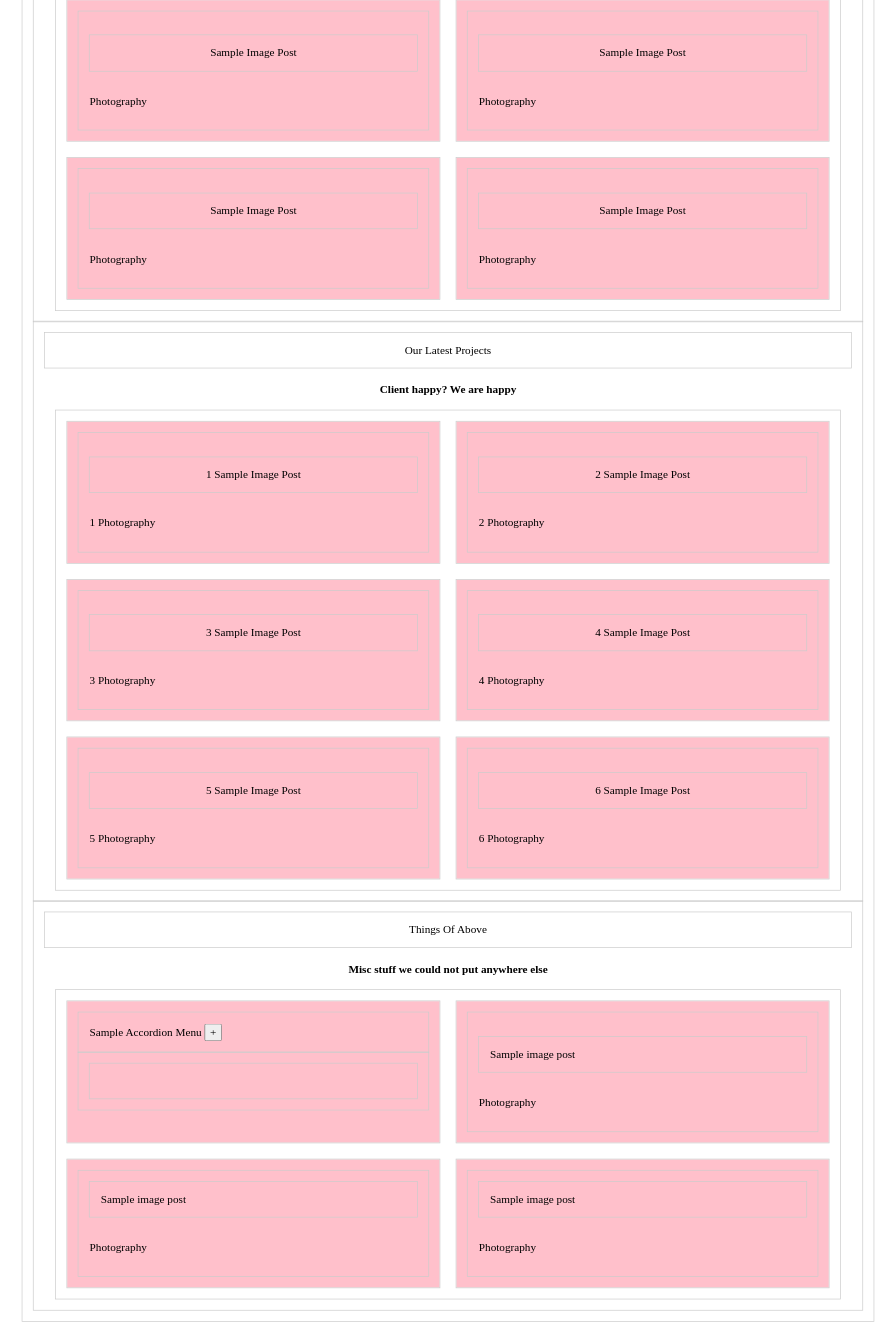
Repository: kionale/Project1_Lab3_ResponsiveLayout
Page: index.html
These files come from the project's save history. The page is drawn as it stood at one moment and after the next save; the edit follows.
The browser window is 1280 px wide. The pictures show the part of the page from y = 1195 to 3115 px (the page is 3115 px tall), at 70% of full size.

Above is the page before, as saved 2023-01-25 23:31:13.

### index.html
<!doctype html>
<html class="no-js" lang="">

<head>
  <meta charset="utf-8">
  <title></title>
  <meta name="description" content="">
  <meta name="viewport" content="width=device-width, initial-scale=1">

  <meta property="og:title" content="">
  <meta property="og:type" content="">
  <meta property="og:url" content="">
  <meta property="og:image" content="">

  <link rel="manifest" href="site.webmanifest">
  <link rel="apple-touch-icon" href="icon.png">
  <!-- Place favicon.ico in the root directory -->

  <link rel="stylesheet" href="css/normalize.css">
  <link rel="stylesheet" href="css/main.css">

  <meta name="theme-color" content="#fafafa">
</head>


<body class="page page-home">
  <header class="header page__header">
    <div class="row">
      <h1>Metrolics</h1>
      <a href=""><img src=""></a>
      <nav class="navbar-links">
        <ul>
          <a href="#">
            <li>Home</li>
          </a>
          <a href="">
            <li>Home</li>
          </a>
          <a href="">
            <li>Pages</li>
          </a>
          <a href="">
            <li>Blog</li>
          </a>
          <a href="">
            <li>Portfolio</li>
          </a>
          <a href="">
            <li>Home</li>
          </a>
        </ul>
      </nav>
    </div>

  </header>

  <div class="page__slider">
    <div class="row slides">
      <img src="" alt="">
    </div>
  </div>
  </div>

  <div class="page__intro">
    <h1 class="header page__heading">
      Hey guys! This is the <span>Metrolics</span> theme.<br>
      It sports a responsive layout with a mobile layout.
    </h1>
    <div class="subheading page_subheading">
      <h3>
        Things That We do
      </h3>
      <h5>Ask us what we can do for you</h5>

    </div>
    <div class="feature__service">
      <div class="row m-col-2 l-col-4">
        <div class="col">
          <img class="feature__servic__images" src="" alt="">
          <h4 class="heading feature__servic__title">Web Solution</h4>
          <p class="feature__servic__content">
            bbbhhha
          </p>
        </div>
        <div class="col">
          <img class="feature__servic__images" src="" alt="">
          <h4 class="heading feature__servic__title"></h4>
          <p class="feature__servic__content">
            bbbhhha
          </p>
        </div>
        <div class="col">
          <img class="feature__servic__images" src="" alt="">
          <h4 class="heading feature__servic__title"></h4>
          <p class="feature__servic__content">
            bbbhhha
          </p>
        </div>
        <div class="col">
          <img class="feature__servic__images" src="" alt="">
          <h4 class="heading feature__servic__title"></h4>
          <p class="feature__servic__content">
            bbbhhha
          </p>
        </div>


      </div>
    </div>
  </div>

  <!-- Main content starts here -->
  <main class="page__main">
    <section class="recent__work">
      <header class="header post__header">What's up lately?</header>
      <h4 class="subheading">Read up on our latest work</h4>
      <div class="row m-col-2 l-col-3">
        <div class="col">
          <div>
            <img src="" alt="">
            <header class="header recent__work__title">Sample image post</header><br>
            <p>Photography</p>
          </div>
        </div>
        <div class="col">
          <div>
            <img src="" alt="">
            <header class="header recent__work__title">Sample image post</header><br>
            <p>Photography</p>
          </div>
        </div>
        <div class="col">
          <div>
            <img src="" alt="">
            <header class="header recent__work__title">Sample image post</header><br>
            <p>Photography</p>
          </div>
        </div>
        <div class="col">
          <div>
            <img src="" alt="">
            <header class="header recent__work__title">Sample image post</header><br>
            <p>Photography</p>
          </div>
        </div>
      </div>
    </section>
    <!-- Our Latest Projests -->
    <section class="latest__projects">
      <header class="header latest__projects__header">Our Latest Projects</header>
      <h4 class="subheading">Client happy? We are happy</h4>
      <div class="row_two m-col-2 l-col-3">
        <div class="col">
          <div>
            <img src="" alt="">
            <header class="header latest__project__image">1 Sample image post</header><br>
            <p>1 Photography</p>
          </div>
        </div>
        <div class="col">
          <div>
            <img src="" alt="">
            <header class="header latest__project__image">2 Sample image post</header><br>
            <p>2 Photography</p>
          </div>
        </div>
        <div class="col">
          <div>
            <img src="" alt="">
            <header class="header latest__project__image">3 Sample image post</header><br>
            <p>3 Photography</p>
          </div>
        </div>
        <div class="col">
          <div>
            <img src="" alt="">
            <header class="header latest__project__image">4 Sample image post</header><br>
            <p>4 Photography</p>
          </div>
        </div>
        <div class="col">
          <div>
            <img src="" alt="">
            <header class="header latest__project__image">5 Sample image post</header><br>
            <p>5 Photography</p>
          </div>
        </div>
        <div class="col">
          <div>
            <img src="" alt="">
            <header class="header latest__project__image">6 Sample image post</header><br>
            <p>6 Photography</p>
          </div>
        </div>
      </div>
    </section>
    <!--Things of Above-->
    <section class="things__of__above">
      <header class="header things__header">Things of above</header>
      <h4 class="subheading">Misc stuff we could not put anywhere else</h4>
      <div class="row m-col-2 l-col-3">
        <div class="col">
          <div class="sample__menu things_above_image">Sample Accordion Menu
            <button>+</button>
          </div>
          <div>
            <div>
              <img src="" alt="">
            </div>
          </div>
        </div>
        <div class="col">
          <div>
            <img src="" alt="">
            <header class="things_above_image">Sample image post</header><br>
            <p>Photography</p>
          </div>
        </div>
        <div class="col">
          <div>
            <header class="things_above_image">Sample image post</header><br>
            <p>Photography</p>
          </div>
        </div>
        <div class="col">
          <div>
            <header class="things_above_image">Sample image post</header><br>
            <p>Photography</p>
          </div>
        </div>

      </div>
    </section>
  </main>


  <script src="js/vendor/modernizr-3.11.2.min.js"></script>
  <script src="js/plugins.js"></script>
  <script src="js/main.js"></script>

  <!-- Google Analytics: change UA-XXXXX-Y to be your site's ID. -->
  <script>
    window.ga = function () { ga.q.push(arguments) }; ga.q = []; ga.l = +new Date;
    ga('create', 'UA-XXXXX-Y', 'auto'); ga('set', 'anonymizeIp', true); ga('set', 'transport', 'beacon'); ga('send', 'pageview')
  </script>
  <script src="https://www.google-analytics.com/analytics.js" async></script>
</body>

</html>

### css/main.css
::-moz-selection {
  background: #b3d4fc;
  text-shadow: none;
}

::selection {
  background: #b3d4fc;
  text-shadow: none;
}

/*
 * A better looking default horizontal rule
 */

hr {
  display: block;
  height: 1px;
  border: 0;
  border-top: 1px solid #ccc;
  margin: 1em 0;
  padding: 0;
}

audio,
canvas,
iframe,
img,
svg,
video {
  vertical-align: middle;
}

/*
 * Remove default fieldset styles.
 */

fieldset {
  border: 0;
  margin: 0;
  padding: 0;
}

/*
 * Allow only vertical resizing of textareas.
 */

textarea {
  resize: vertical;
}

*,
*::before,
*::after {
  box-sizing: border-box;
}

div,
main,
section,
header,
footer {
  outline: 1px solid #ccc;
  min-height: 1rem;
  padding: 1rem;
}

.page {
  margin: 0 auto;
  padding: 2rem;
}

.header {
  text-transform: capitalize;
  text-align: center;
}

.subheading {
  text-align: center;
}

ul,
li {
  padding: 0;
  margin: 0;
  list-style: none;
}

.row {
  display: grid;
  row-gap: 1rem;
}

.row_two {
  display: grid;
  row-gap: 1rem;
}

.col {
  position: relative;
  background-color: pink;
}

/* medium screens and up  */
@media screen and (min-width: 40em) {
  .row {
    max-width: 70rem;
    column-gap: 1.5rem;
    row-gap: 1.5rem;
    margin: 0 auto;
  }

  .row_two {
    max-width: 70rem;
    column-gap: 1.5rem;
    row-gap: 1.5rem;
    margin: 0 auto;
  }

  .m-col-2 {
    grid-template-columns: 1fr 1fr;
  }

}


.examples {
  display: flex;
  justify-content: space-around;
}

.sample__menu {
  padding: none;
}

### js/plugins.js
// Avoid `console` errors in browsers that lack a console.
(function() {
  var method;
  var noop = function () {};
  var methods = [
    'assert', 'clear', 'count', 'debug', 'dir', 'dirxml', 'error',
    'exception', 'group', 'groupCollapsed', 'groupEnd', 'info', 'log',
    'markTimeline', 'profile', 'profileEnd', 'table', 'time', 'timeEnd',
    'timeline', 'timelineEnd', 'timeStamp', 'trace', 'warn'
  ];
  var length = methods.length;
  var console = (window.console = window.console || {});

  while (length--) {
    method = methods[length];

    // Only stub undefined methods.
    if (!console[method]) {
      console[method] = noop;
    }
  }
}());

// Place any jQuery/helper plugins in here.

Loaded but not shown: css/normalize.css (library); js/vendor/modernizr-3.11.2.min.js (library); js/main.js (no stored copy; drawn as an empty file)

After the next save:
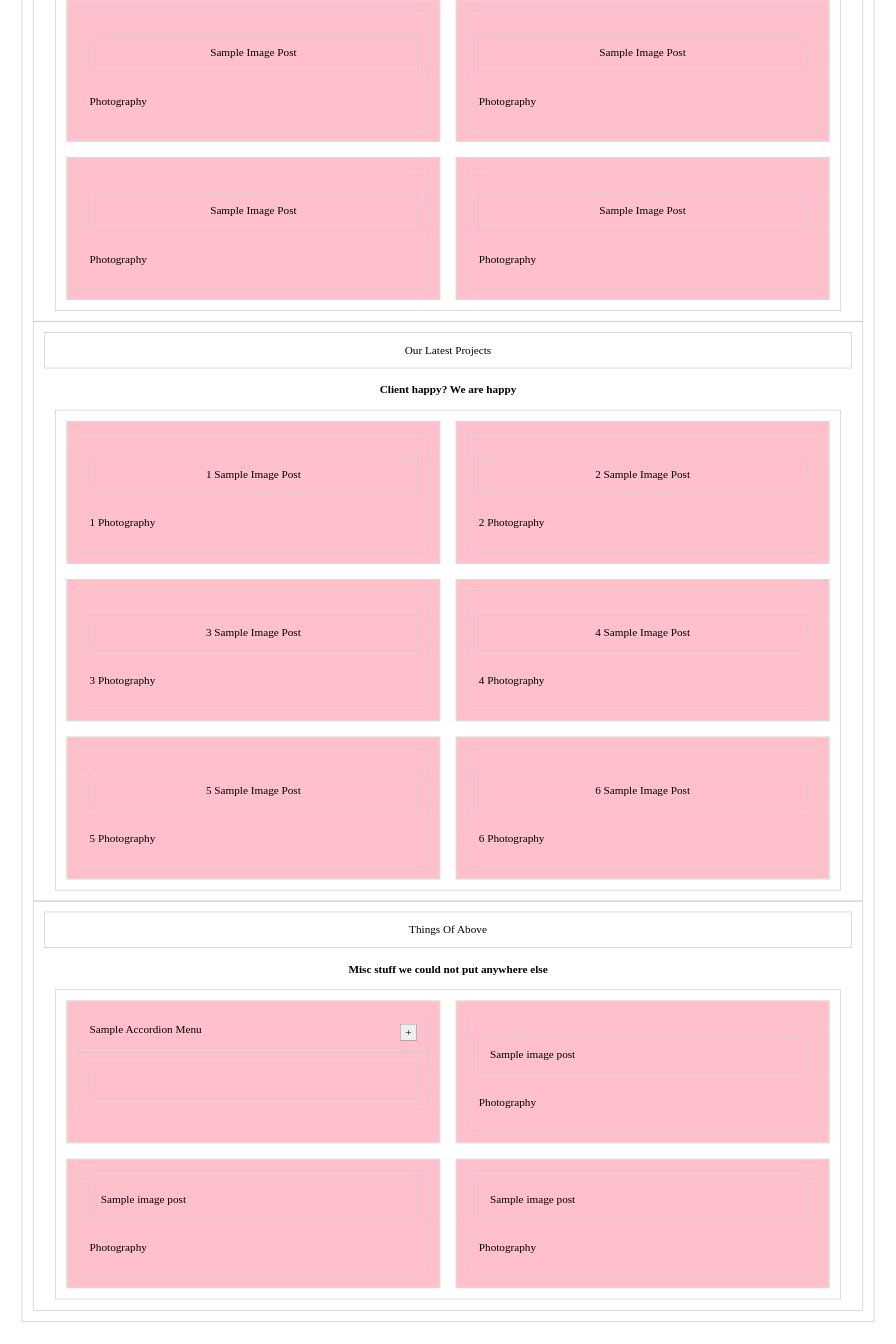
Saved 3 min 0 s later.
--- a/css/main.css
+++ b/css/main.css
@@ -129,5 +129,10 @@ li {
 }
 
 .sample__menu {
-  padding: none;
+  display: flex;
+  justify-content: space-between;
 }
+
+.web__solution {
+  display: flex;
+}
